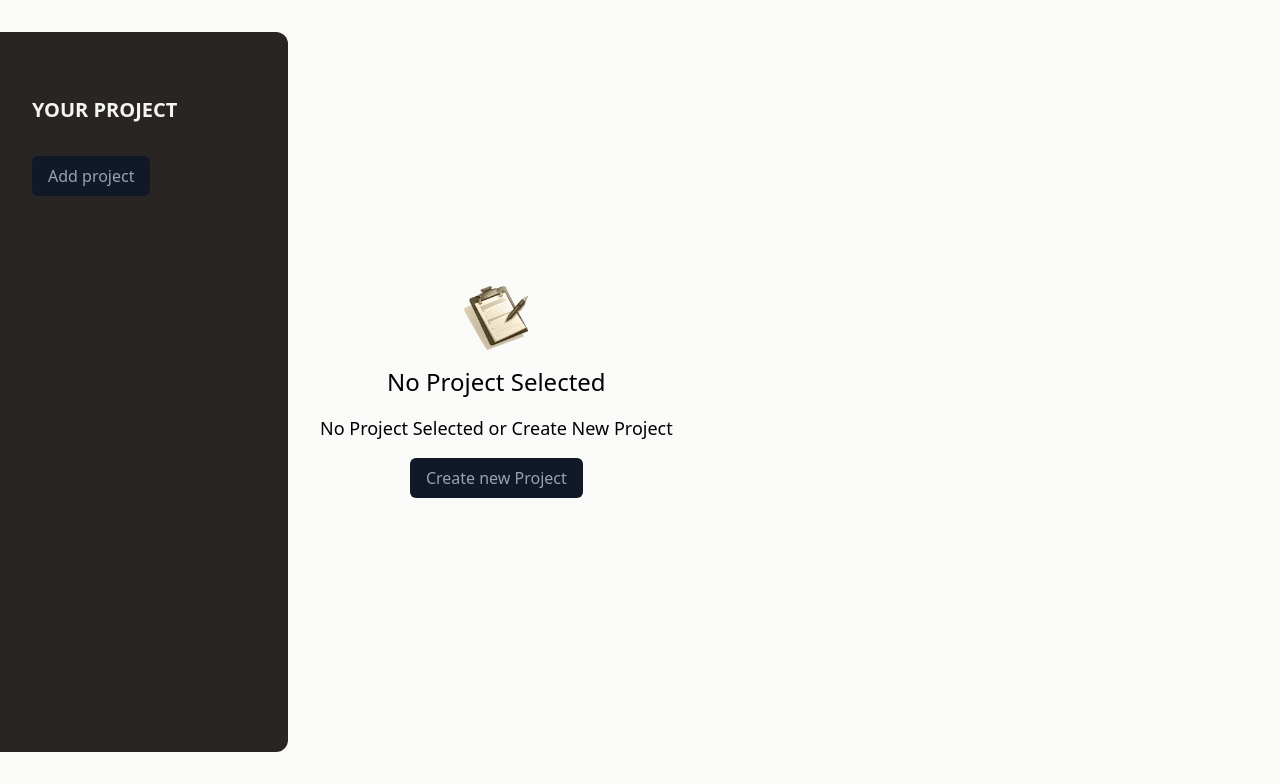
Repository: sibi24sibi/todo-list-using-reactjs
Page: /
The author's editor kept a copy of each file at every save. The page is drawn from the files as they stood at one save, then again after the next save.
The browser window is 1280 px wide. The pictures show the whole page.
The project was rebuilt for these pictures with package versions that can differ from the ones it lists, and the page was loaded fresh each time. Also part of the build but not shown: vite.config.js, src/Components/Input.jsx, src/Components/NewProjects.jsx.

Above is the page before, as saved 2024-06-24 14:56:10.

After the next save:
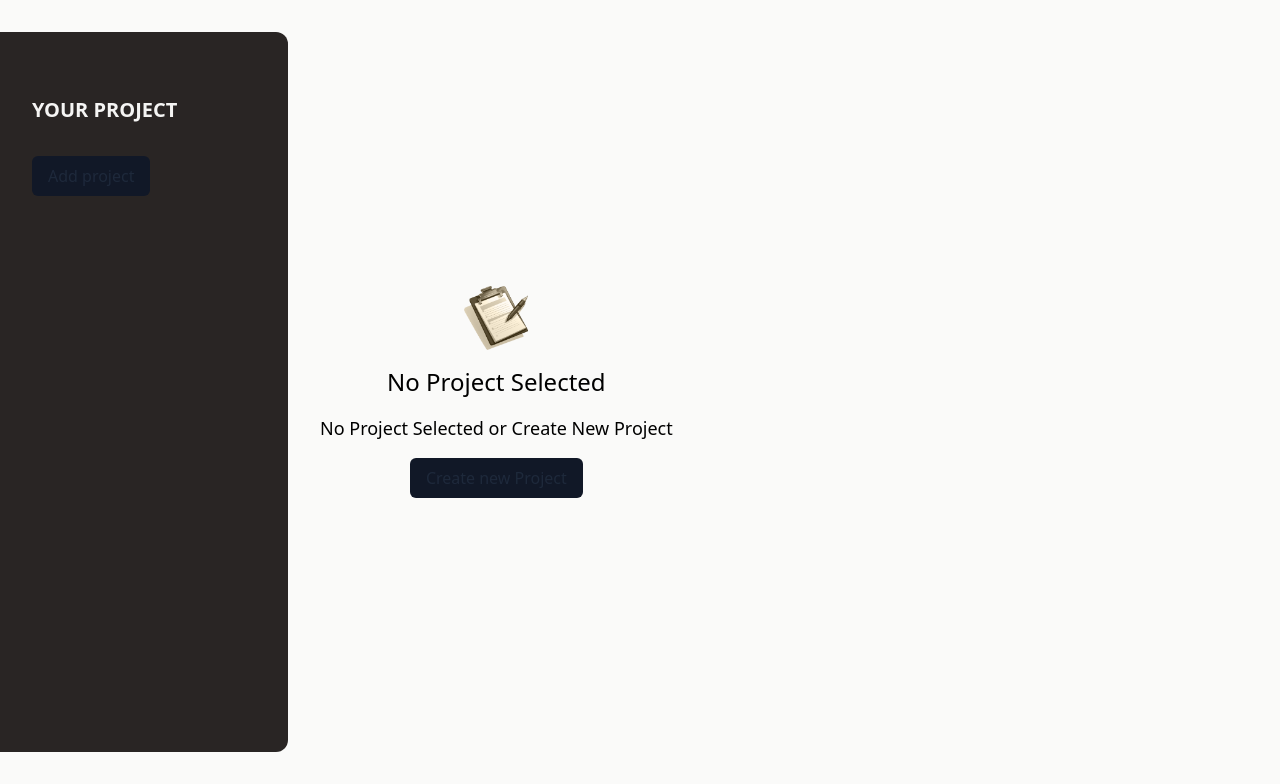
Saved 9 s later.
--- a/src/Components/Button.jsx
+++ b/src/Components/Button.jsx
@@ -2,7 +2,7 @@
   return (
     <button
       {...props}
-      className="px-4 py-2 text-slate-400 hover:text-slate-900 md:text-base rounded-md  bg-gray-900 hover:bg-slate-400"
+      className="px-4 py-2 text-slate-800 hover:text-slate-900 md:text-base rounded-md  bg-gray-900 hover:bg-slate-400"
     >
       {children}
     </button>

After the save that followed:
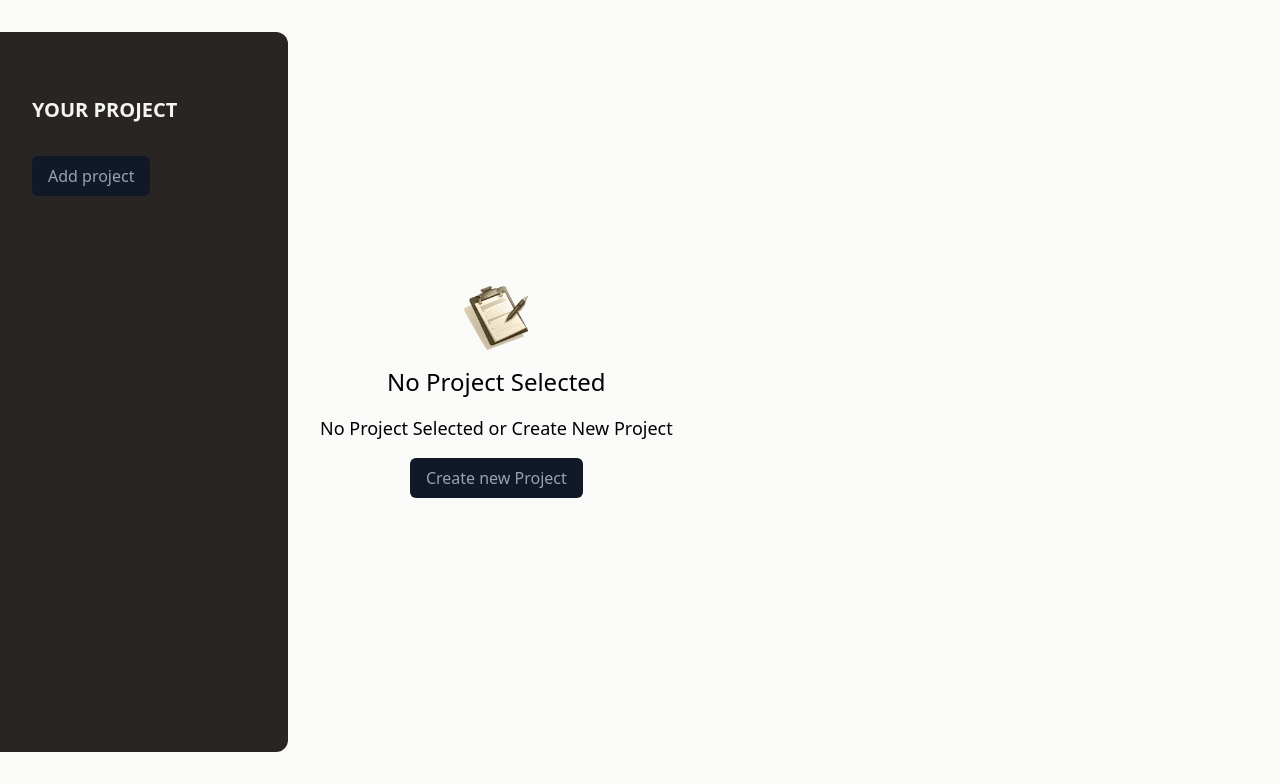
Saved 4 s later.
--- a/src/Components/Button.jsx
+++ b/src/Components/Button.jsx
@@ -2,7 +2,7 @@
   return (
     <button
       {...props}
-      className="px-4 py-2 text-slate-800 hover:text-slate-900 md:text-base rounded-md  bg-gray-900 hover:bg-slate-400"
+      className="px-4 py-2 text-slate-400 hover:text-slate-900 md:text-base rounded-md  bg-gray-900 hover:bg-slate-400"
     >
       {children}
     </button>
